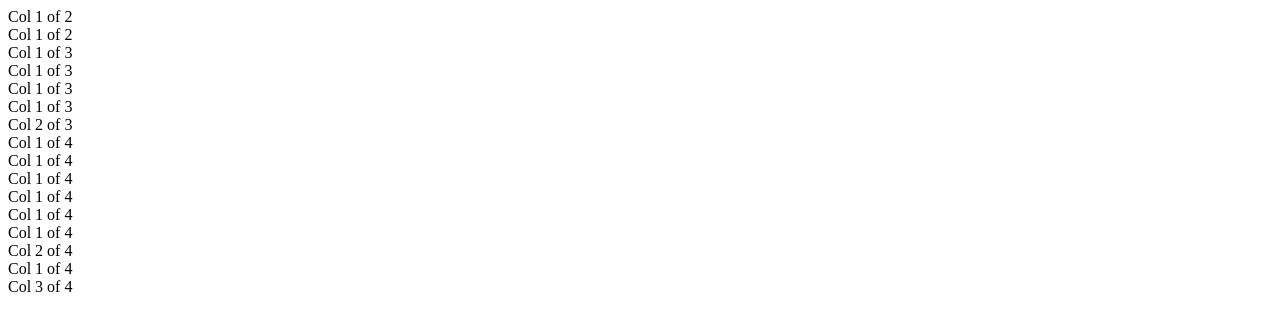
Repository: haokiet2501/grid-basic
Page: index.html
An editor plug-in stored every save of this project. The page is shown before and after a run of saves, followed by the edit.
The browser window is 1280 px wide. The pictures show the whole page.

Above is the page before, as saved 2022-08-11 18:35:17.

After the next 7 saves:
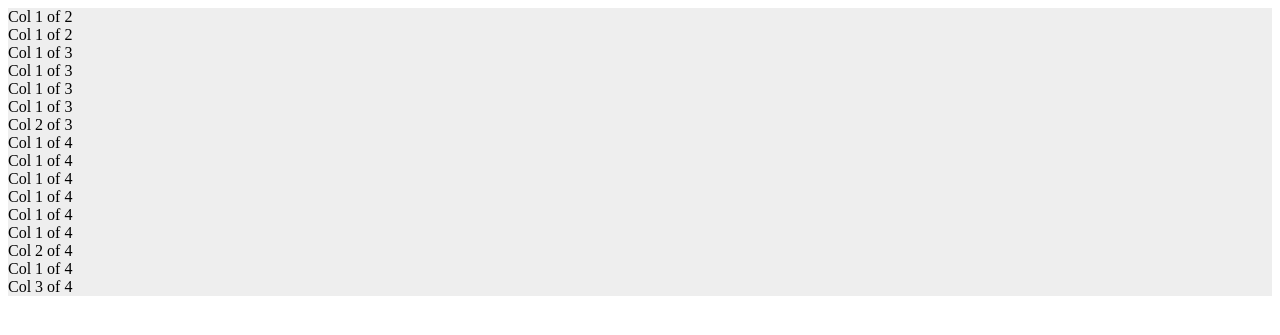
The 7 saves are shown as one change because they came seconds apart.
The last was saved 24 s later.
--- a/styles.css
+++ b/styles.css
@@ -6,4 +6,8 @@
 
 .row {
     max-width: var(--grid-width);
+    background: #eee;
+    margin: 0 auto;
 }
+
+.row
